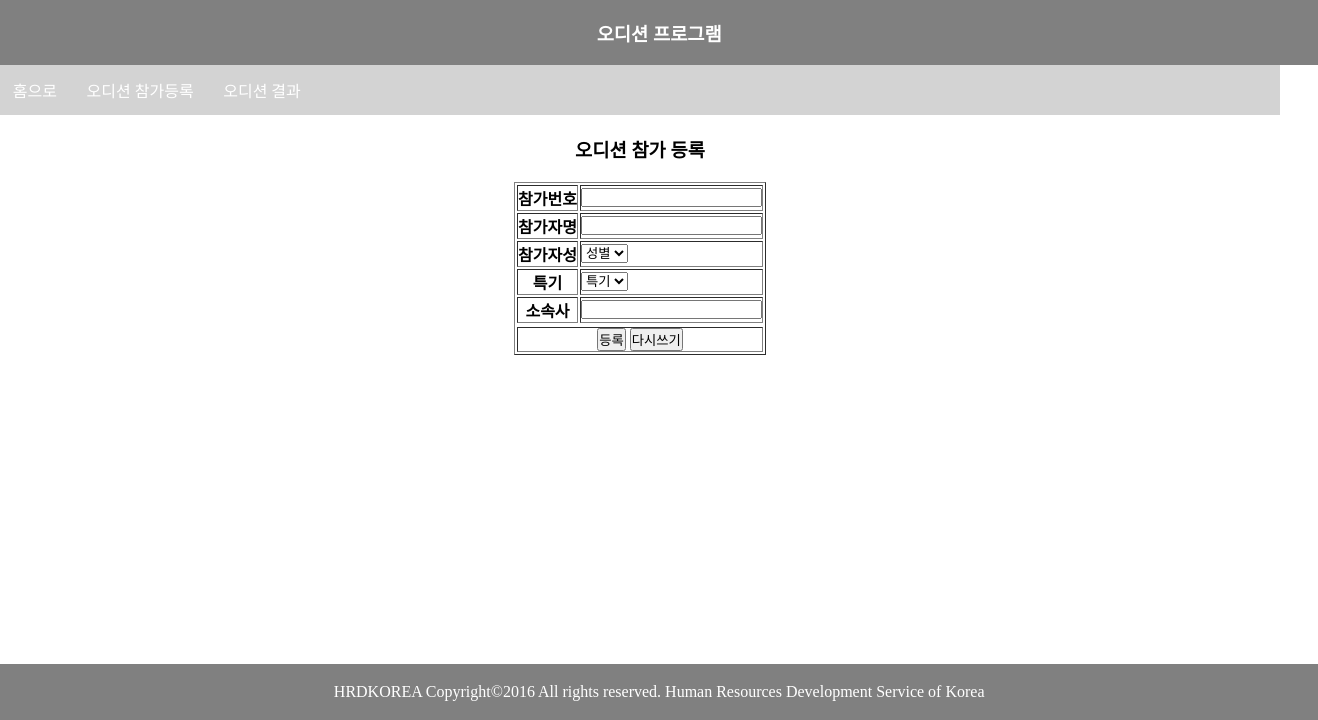
Repository: jieun000/Craftsman_Information_Processing
Page: http://localhost/Test/joinForm.jsp
An editor plug-in stored every save of this project. The page is shown before and after the next save, followed by the edit.
The browser window is 1280 px wide. The page is 1318 px wide, so the pictures cover 1318 px, including what lies to the right of the window. The pictures show the whole page.
The page is served by Tomcat 9.

Above is the page before, as saved 2023-09-06 02:15:31.

### 02_study/Test/src/main/webapp/joinForm.jsp
<%@ page language="java" contentType="text/html; charset=UTF-8"
    pageEncoding="UTF-8"%>
<!DOCTYPE html>
<html>
<head>
<meta charset="UTF-8">
<title>Insert title here</title>
<style type="text/css">
	* { margin: 0; padding: 0; }
	nav > a { text-decoration: none; color: white; padding: 1%;}
	nav > a:hover { background: gray; }
</style>
<script type="text/javascript">
	function submitBtn(f) {
		if(f.artist_id.value=="") {
			alert("번호칸이 비었습니다.");
			f.artist_id.focus();
			return false;
		}
		if(f.artist_name.value=="") {
			alert("이름칸이 비었습니다.");
			f.artist_name.focus();
			return false;
		}
		if(f.artist_gender.value=="성별") {
			alert("성별칸이 선택되지 않았습니다.");
			f.artist_gender.focus();
			return false;
		}
		if(f.talent.value=="특기") {
			alert("특기칸이 선택되지 않았습니다.");
			f.talent.focus();
			return false;
		}
		if(f.agency.value=="") {
			alert("소속사칸이 비었습니다.");
			f.agency.focus();
			return false;
		}
	}
	function resetBtn(f) {
		if(confirm("작성한 내용이 전부 삭제됩니다. 정말로 다시쓰시겠습니까?")) {
			f.artist_id.focus();
			return true;
		}
		else { return false; }
	}
</script>
</head>
<body>
	<header style="background: gray; color: white; text-align: center; width: 100%; padding: 1.5%;">
		<h3>오디션 프로그램</h3>
	</header>
	<nav style="background: lightgray; width: 100%; padding: 1% 0;">
		<a href="main.jsp">홈으로</a>
		<a href="joinForm.jsp">오디션 참가등록</a>
		<a href="result.jsp">오디션 결과</a>
	</nav>
	<section>
		<h3 style="text-align: center; margin: 20px;">오디션 참가 등록</h3>
		<form action="joinProcess.jsp" onsubmit="return submitBtn(this)" onreset="return resetBtn(this)">
			<table border="1" style="margin: auto;">
				<tr>
					<th>참가번호</th>
					<td><input type="text" name="artist_id"/></td>
				</tr>
				<tr>
					<th>참가자명</th>
					<td><input type="text" name="artist_name"/></td>
				</tr>
				<tr>
					<th>참가자성</th>
					<td>
						<select name="artist_gender">
							<option value="성별">성별</option>
							<option value="M">남자</option>
							<option value="F">여자</option>
						</select>
					</td>
				</tr>
				<tr>
					<th>특기</th>
					<td>
						<select name="talent">
							<option value="특기">특기</option>
							<option value="1">보컬</option>
							<option value="2">댄스</option>
							<option value="3">랩</option>
						</select>
					</td>
				</tr>
				<tr>
					<th>소속사</th>
					<td><input type="text" name="agency"/></td>
			 	</tr>
			 	<tr>
			 	<tr>
			 		<td colspan="2" style="text-align: center;">
			 			<input type="submit" value="등록" />
			 			<input type="reset" value="다시쓰기" />
			 		</td>
			 	</tr>
			</table>
		</form>
	</section>
	<footer style="background: gray; color: white; width: 100%; text-align: center; padding: 1.5%; position: absolute; bottom: 0;">
		<p>
			HRDKOREA Copyright&copy;2016 All rights reserved. Human Resources Development Service of Korea
		</p>
	</footer>
</body>
</html>

After the next save:
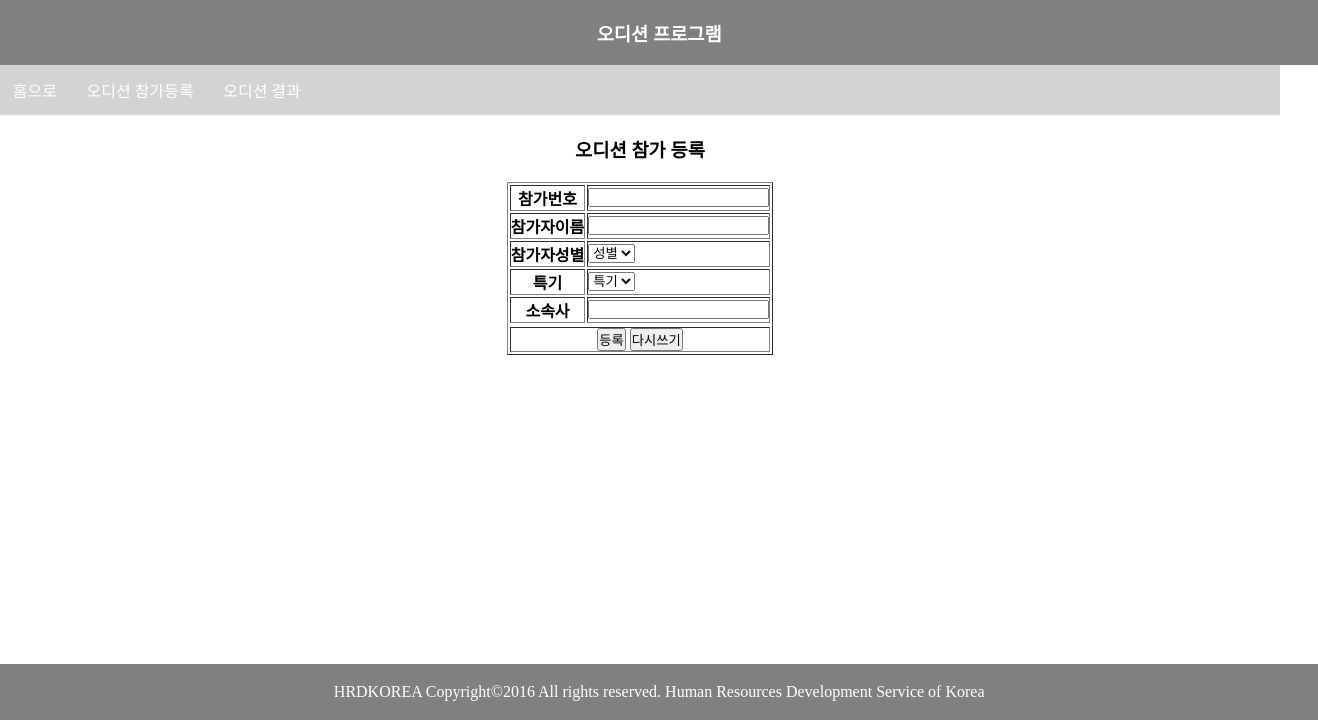
Saved 38 min 25 s later.
--- a/02_study/Test/src/main/webapp/joinForm.jsp
+++ b/02_study/Test/src/main/webapp/joinForm.jsp
@@ -65,11 +65,11 @@
 					<td><input type="text" name="artist_id"/></td>
 				</tr>
 				<tr>
-					<th>참가자명</th>
+					<th>참가자이름</th>
 					<td><input type="text" name="artist_name"/></td>
 				</tr>
 				<tr>
-					<th>참가자성</th>
+					<th>참가자성별</th>
 					<td>
 						<select name="artist_gender">
 							<option value="성별">성별</option>
